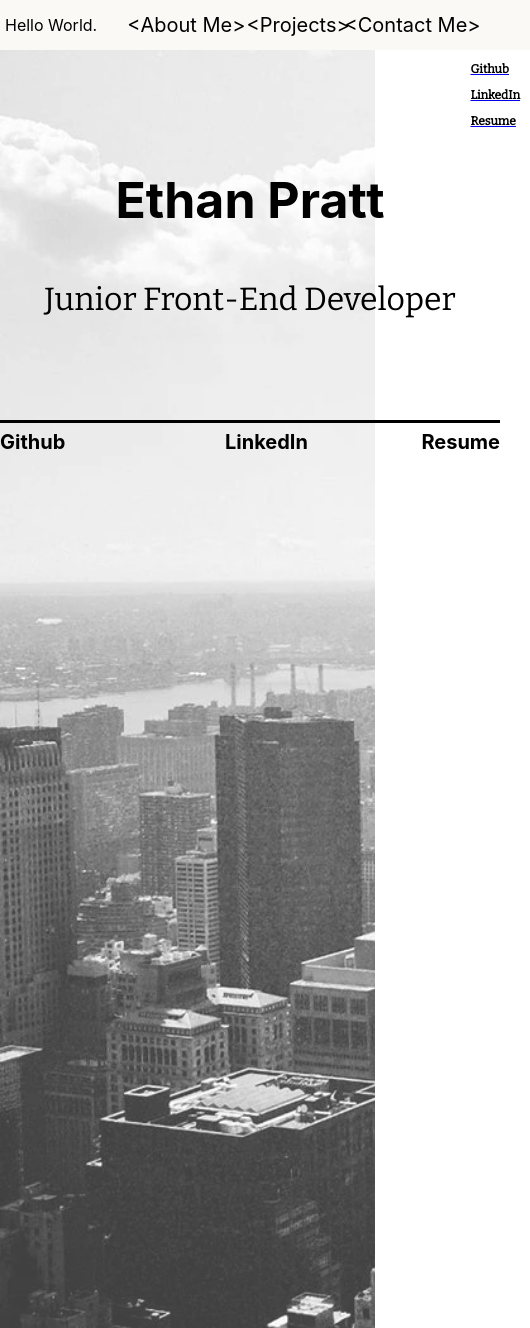
Repository: ghend99/website_ethan_pratt
Page: /
The author's editor kept a copy of each file at every save. The page is drawn from the files as they stood at one save, then again after the next save.
The browser window is 375 px wide. The page is 530 px wide, so the pictures cover 530 px, including what lies to the right of the window. The pictures show the whole page.
The project was rebuilt for these pictures with package versions that can differ from the ones it lists, and the page was loaded fresh each time. Also part of the build but not shown: src/css/about.css, src/pages/about.js, src/pages/project.js, src/css/contact.css, src/pages/contact.js.

Above is the page before, as saved 2023-04-25 08:55:39.

### public/index.html
<!DOCTYPE html>
<html lang="en">
  <head>
    <meta charset="utf-8" />
    <link rel="icon" href="%PUBLIC_URL%/favicon.ico" />
    <meta name="viewport" content="width=device-width, initial-scale=1" />
    <meta name="theme-color" content="#000000" />
    <meta
      name="description"
      content="Web site created using create-react-app"
    />
    <link rel="apple-touch-icon" href="%PUBLIC_URL%/logo192.png" />
    <!--
      manifest.json provides metadata used when your web app is installed on a
      user's mobile device or desktop. See https://developers.google.com/web/fundamentals/web-app-manifest/
    -->
    <link rel="manifest" href="%PUBLIC_URL%/manifest.json" />
    <!--
      Notice the use of %PUBLIC_URL% in the tags above.
      It will be replaced with the URL of the `public` folder during the build.
      Only files inside the `public` folder can be referenced from the HTML.

      Unlike "/favicon.ico" or "favicon.ico", "%PUBLIC_URL%/favicon.ico" will
      work correctly both with client-side routing and a non-root public URL.
      Learn how to configure a non-root public URL by running `npm run build`.
    -->
    <title>Ethan Pratt | Junior Front-End Developer</title>
  </head>
  <body>
    <noscript>You need to enable JavaScript to run this app.</noscript>
    <div id="root"></div>
    <!--
      This HTML file is a template.
      If you open it directly in the browser, you will see an empty page.

      You can add webfonts, meta tags, or analytics to this file.
      The build step will place the bundled scripts into the <body> tag.

      To begin the development, run `npm start` or `yarn start`.
      To create a production bundle, use `npm run build` or `yarn build`.
    -->
  </body>
</html>

### src/App.js
import { BrowserRouter as Router, Routes, Route } from "react-router-dom";
import { Home } from "./pages/home";
import { About } from "./pages/about.js";
import { Project } from "./pages/project.js";
import { Contact } from "./pages/contact.js";

function App() {
  return (
    <div className="App">
      <Router>
        <Routes>
          <Route path="/" element={<Home />} />
          <Route path="/projects" element={<Project />} />
          <Route path="/about" element={<About />} />
          <Route path="/contact" element={<Contact />} />
        </Routes>
      </Router>
    </div>
  );
}

export default App;

### src/pages/home.js
import { Header } from "../components/header.js";

import "../css/home.css";

export const Home = () => {
  return (
    <div>
      <div className="bg">
        <Header />
        <div id="center-container">
          <p className="home-name">Ethan Pratt</p>
          <p className="home-job-title">Junior Front-End Developer</p>
          <a
            id="home-socials"
            className="home-github"
            href="https://github.com/ghend99"
            target={"_blank"}
          >
            <p>Github</p>
          </a>

          <a
            id="home-socials"
            className="home-linkedin"
            href="https://www.linkedin.com/in/ethan-pratt-014904217/"
            target={"_blank"}
          >
            <p>LinkedIn</p>
          </a>

          <a
            id="home-socials"
            className="home-resume"
            href="https://acrobat.adobe.com/link/review?uri=urn:aaid:scds:US:da99c37f-c24d-3e9b-a6fa-3d40d675b989"
            target="{_blank}"
          >
            <p>Resume</p>
          </a>
        </div>
      </div>
    </div>
  );
};

### src/components/header.js
import React, { useState } from "react";
import { Link } from "react-router-dom";
import "../css/header.css";
import github from "../images/github.png";
import linkedin from "../images/linkedin.png";
import resume from "../images/resume.png";
import menu from "../images/menu.png";

export const Header = () => {
  return (
    <div className="header-container">
      <Link className="header-title" to="/">
        Hello World.
      </Link>
      <Link id="header-nav" className="header-projects" to="/projects">
        &lt;Projects&gt;
      </Link>
      <Link id="header-nav" className="header-about" to="/about">
        &lt;About Me&gt;
      </Link>
      <Link id="header-nav" className="header-contact" to="/contact">
        &lt;Contact Me&gt;
      </Link>
      <a href="https://github.com/ghend99" target={"_blank"}>
        <img id="header-socials" className="header-github" src={github} />
      </a>
      <a href="https://www.linkedin.com/in/ethanapratt/" target={"_blank"}>
        <img id="header-socials" className="header-linkedin" src={linkedin} />
      </a>
      <a
        href="https://acrobat.adobe.com/link/review?uri=urn:aaid:scds:US:da99c37f-c24d-3e9b-a6fa-3d40d675b989"
        target={"_blank"}
      >
        <img id="header-socials" className="header-resume" src={resume} />
      </a>

      <div className="header-socials-list">
        <a href="https://github.com/ghend99" target={"_blank"}>
          <p className="header-socials-text">Github</p>
        </a>
        <a href="https://www.linkedin.com/in/ethanapratt/" target={"_blank"}>
          <p className="header-socials-text">LinkedIn</p>
        </a>
        <a
          href="https://acrobat.adobe.com/link/review?uri=urn:aaid:scds:US:da99c37f-c24d-3e9b-a6fa-3d40d675b989"
          target={"_blank"}
        >
          <p className="header-socials-text">Resume</p>
        </a>
      </div>
    </div>
  );
};

### src/css/home.css
@import url("https://fonts.googleapis.com/css2?family=Bitter&display=swap");

#center-container {
  position: relative;
  max-width: 25%;
  min-width: 500px;
  height: 20%;
  border-bottom: solid;
  /* background-color: aqua; */
  margin-left: auto;
  margin-right: auto;
  top: 10%;
  text-align: center;
  padding: 70px 0;
}

.home-name {
  top: 0;
  font-size: 50px;
  font-weight: bold;
}

.home-job-title {
  font-size: 32px;
  font-family: "Bitter";
}

.home-resume,
.home-github,
.home-linkedin {
  position: absolute;
  bottom: -50px;
  text-decoration: none;
  color: black;
  font-size: 20px;
  font-weight: bold;
  height: 50px;
  padding-bottom: 10px;
}

.home-resume:hover,
.home-github:hover,
.home-linkedin:hover {
  border-bottom: solid;
}

.home-github {
  left: 0;
}

.home-linkedin {
  left: 45%;
}

.home-resume {
  right: 0;
}

### src/css/header.css
@import url("https://fonts.googleapis.com/css2?family=Bitter&display=swap");

.header-socials-text {
  color: black;
  text-decoration: none;
  border-bottom: none;
}

.header-container {
  position: relative;
  display: flex;
  flex-direction: row;
  max-width: 100%;
  min-width: 530px;
  max-height: 200px;
  min-height: 50px;
  background-color: #faf9f6;
  /* padding-top: 20px; */
}

.header-title {
  position: absolute;
  left: 5px;
  margin: 0;
  margin-right: clamp(20px, 50px, 30px);
  font-size: clamp(1rem, 4vw, 1.7rem);
  top: 8px;
  text-decoration: none;
  color: black;
}

#header-nav {
  position: absolute;
  display: flex;
  font-size: clamp(1rem, 4vw, 1.5rem);
  margin: 0;
  margin-right: clamp(20px, 50px, 30px);
  top: 8px;
}

.header-projects {
  left: clamp(30%, 46.5%, 60%);
  text-decoration: none;
  color: black;
}

.header-about {
  margin: 0;
  margin-left: 50px;
  margin-right: 100px;
  left: clamp(5px, 24%, 55%);
  text-decoration: none;
  color: black;
}

.header-contact {
  left: clamp(20%, 65%, 70%);
  text-decoration: none;
  color: black;
}

#header-socials {
  max-width: 11%;
  min-width: 35px;
  max-height: 50%;
  min-height: 10px;
  top: 15px;
  cursor: pointer;
}

#header-nav:hover {
  border-bottom: solid;
}

.header-github {
  position: absolute;
  right: clamp(10px, 12%, 110px);
}

.header-linkedin {
  position: absolute;
  right: clamp(5px, 10%, 60px);
}

.header-resume {
  position: absolute;
  right: clamp(10px, 10%, 10px);
}

.bg {
  position: relative;
  max-width: 100%;
  min-width: 650px;
  height: 100%;
  min-height: 83rem;
  background-size: cover;
  background-repeat: no-repeat;
  background-position: center center;
}

.bg::before {
  content: "";
  background-image: url(../images/background-image.jpg);
  background-size: cover;
  position: absolute;
  top: 0px;
  right: 0px;
  bottom: 0px;
  left: 0px;
  opacity: 0.75;
}

.header-socials-list {
  position: absolute;
  right: 10px;
  top: 50px;
  font-size: 12px;
  font-weight: bold;
  font-family: "Bitter";
  color: black;
  opacity: 0;
  transition: all 0.2s;
}

@media screen and (min-width: 0) and (max-width: 1028px) {
  #header-socials {
    display: none;
  }

  .header-socials-list {
    opacity: 1;
  }
}

@media screen and (min-width: 0) and (max-width: 612px) {
  #header-nav {
    top: 13px;
    font-size: 22px;
  }

  .header-socials-menu {
    top: 15px;
    right: 10px;
    width: 20px;
    height: 20px;
  }
}

@media screen and (min-width: 0) and (max-width: 554px) {
  #header-nav {
    font-size: 20px;
  }

  .header-title {
    top: 15px;
    font-size: 16px;
  }
}

@media screen and (min-width: 0) and (max-width: 554px) {
  .header-container {
    width: 100px;
  }

  <Link id="header-nav" className="header-contact" to="/contact" > # {
    font-size: 10px;
  }

  .bg {
    min-width: 200px;
  }
}

### src/css/project.css
@import url("https://fonts.googleapis.com/css2?family=Bitter&display=swap");

#projects-container {
  position: absolute;
  display: grid;
  grid-template-columns: 1fr 1fr 1fr 1fr;
  grid-template-rows: 3fr;
  max-width: 80%;
  min-width: 70%;
  max-height: 400vh;
  min-height: 150px;
  /* background-color: blue; */
  /* opacity: 0.7; */
  left: 10%;
  top: 10%;
}

#single-project {
  position: relative;
  max-width: 100%;
  max-height: 600px;
  min-height: 100%;
  border: solid;
  text-align: center;
  background-color: #faf9f6;
}

.project-name {
  font-family: "Bitter";
  font-size: clamp(18px, 24px, 30px);
}

#project-image {
  position: relative;
  max-width: 80%;
  max-height: 75%;
  min-height: 20%;
  top: -10px;
  margin-left: auto;
  margin-right: auto;
}

.image {
  width: 70%;
}

#project-stacks-used {
  margin: 0;
  top: 300px;
}

.project-footer {
  position: absolute;
  display: grid;
  grid-template-columns: 1fr 1fr 1fr;
  text-align: center;
  width: 100%;
  height: 6%;
  bottom: 10px;
}

.source-link,
.source-demo,
.project-info {
  position: absolute;
  text-decoration: none;
  color: black;
  font-size: clamp(0.8rem, 0.5vw, 0.8rem);
  font-weight: bold;
  height: 20px;
  cursor: pointer;
}

.source-link {
  left: 5px;
}

.source-demo {
  right: 5px;
}

#project-information {
  font-size: 14px;
}

.source-link:hover,
.source-demo:hover,
.project-info:hover {
  border-bottom: solid;
}

@media screen and (min-width: 0) and (max-width: 1028px) {
  /* #project-container {
    grid-template-columns: 1fr 1fr 1fr;
  } */

  /* #single-project {
    height: 50%;
  } */

  .project-footer {
    grid-template-rows: 0.5fr;
    bottom: 0;
  }

  .source-link,
  .source-demo,
  .project-info {
    font-size: 10px;
    font-weight: bold;
  }

  .source-link {
    margin: 0;
  }

  .source-demo {
    margin: 0;
    right: 7px;
  }

  .project-info {
    margin: 0;
    top: -4px;
  }
}

@media screen and (min-width: 0) and (max-width: 708px) {
  #projects-container {
    height: 20%;
  }

  .project-footer {
    bottom: 0;
  }

  .source-link,
  .source-demo,
  .project-info {
    font-size: 8px;
  }

  #single-project {
    min-height: 410px;
  }

  #project-information {
    font-size: 12px;
  }
}

Loaded but not shown: src/index.js (common file); src/index.css (common file)

After the next save:
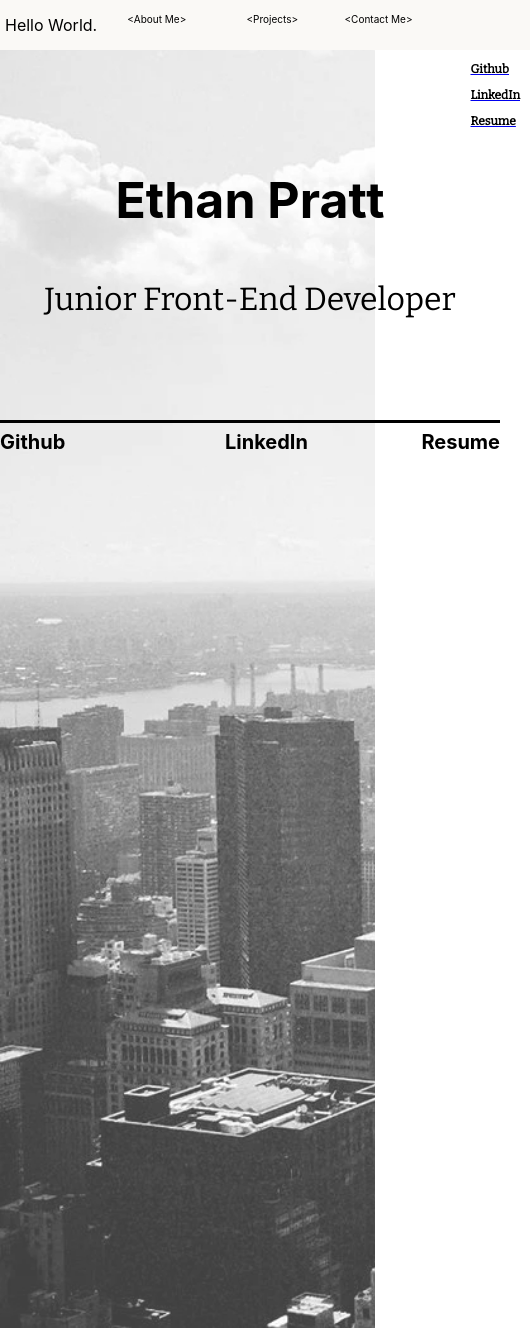
Saved 7 s later.
--- a/src/css/header.css
+++ b/src/css/header.css
@@ -162,7 +162,7 @@
     width: 100px;
   }
 
-  <Link id="header-nav" className="header-contact" to="/contact" > # {
+  #header-nav {
     font-size: 10px;
   }
 
